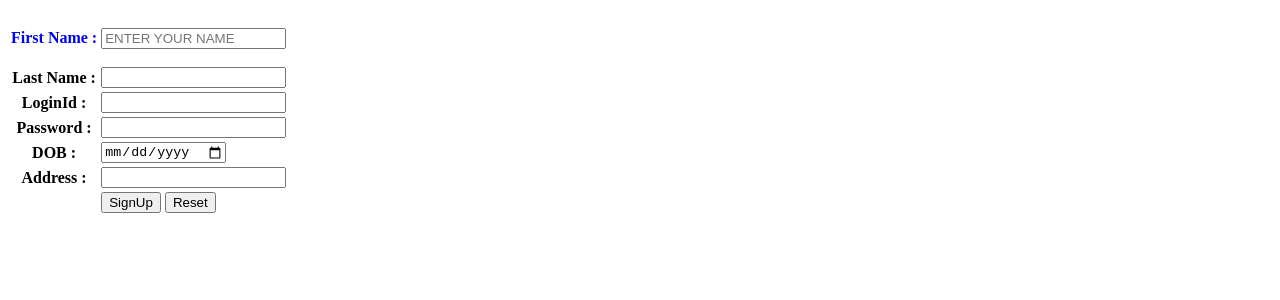
Repository: vikash9562/AdvanceJava
Page: http://localhost/DynamicProject/UserRegistration.jsp
The author's editor kept a copy of each file at every save. The page is drawn from the files as they stood at one save, then again after the next save.
The browser window is 1280 px wide. The pictures show the whole page.
The page is served by Tomcat 9.

Above is the page before, as saved 2023-08-18 07:26:40.

After the next save:
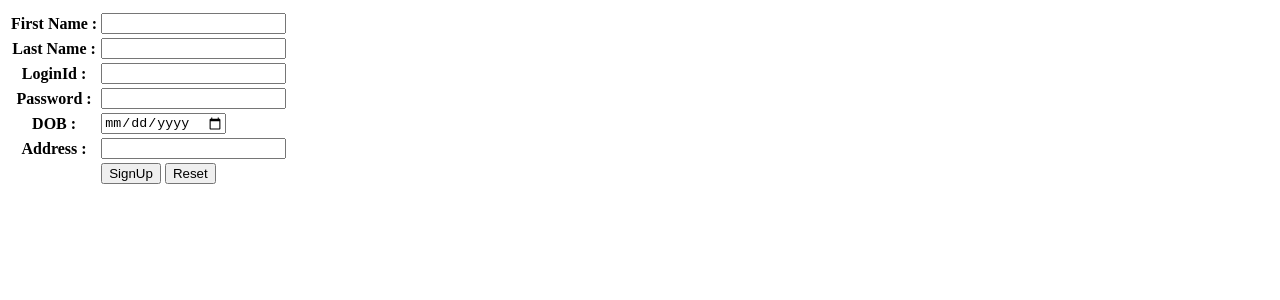
Saved 43 s later.
--- a/advance java/DynamicProject/WebContent/UserRegistration.jsp
+++ b/advance java/DynamicProject/WebContent/UserRegistration.jsp
@@ -7,24 +7,23 @@
 <title>Insert title here</title>
 </head>
 <body>
-<%
-	String msg = (String)request.getAttribute("msg");
+	<%
+		String msg = (String) request.getAttribute("msg");
 	%>
 	<form action="UserCtl" method="post">
 		<table>
-				<tr>
-					<%
-						if (msg != null) {
+			<tr>
+				<%
+					if (msg != null) {
 				%>
-
 				<%=msg%>
-
 				<%
-						}
+					}
 				%>
+			</tr>
 			<tr>
-				<th><p style="color: BLUE">First Name :</p></th>
-				<td><input type="text" placeholder = "ENTER YOUR NAME" name="firstName"></td>
+				<th>First Name :</th>
+				<td><input type="text" name="firstName"></td>
 			</tr>
 			<tr>
 				<th>Last Name :</th>
@@ -48,9 +47,8 @@
 			</tr>
 			<tr>
 				<th></th>
-				<td><input type="submit" name="opertion" value="SignUp">
-				<input type="submit" name="opertion" value="Reset"></td>
-
+				<td><input type="submit" name="operation" value="SignUp">
+					<input type="submit" name="operation" value="Reset"></td>
 			</tr>
 		</table>
 	</form>
